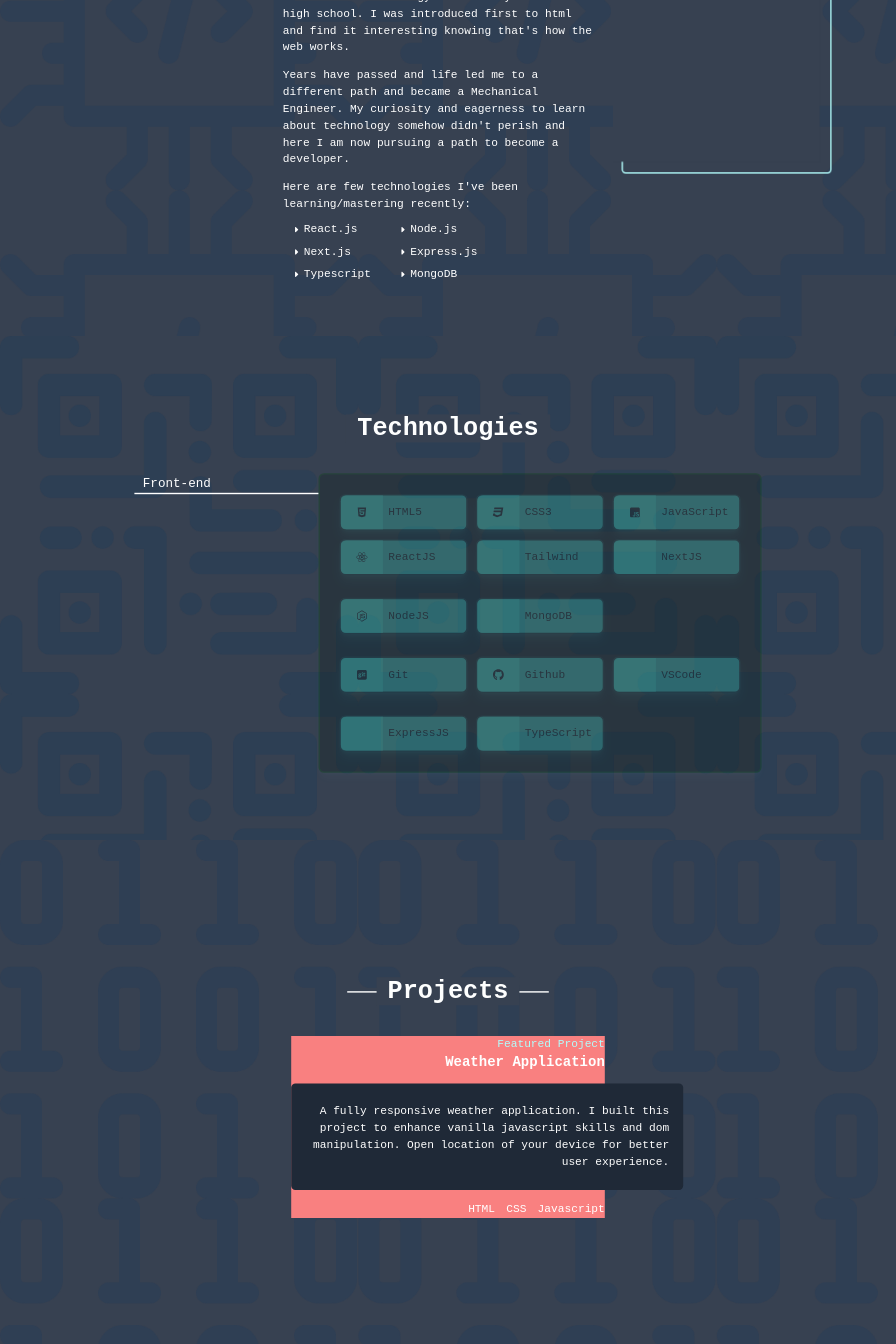
Repository: riandev25/nextjs-portfolio
Page: /
These files come from the project's save history. The page is drawn as it stood at one moment and after the next save; the edit follows.
The browser window is 1280 px wide. The pictures show the part of the page from y = 960 to 2880 px (the page is 2880 px tall), at 70% of full size.
Backgrounds fixed to the window are drawn as part of the page. The project was rebuilt for these pictures with package versions that can differ from the ones it lists, and the page was loaded fresh each time. The framework's server and built-in components were replaced by stand-ins that run in the browser. Also part of the build but not shown: next.config.js, components/Home/Keyboard/index.module.css, components/Home/Keyboard/index.jsx.

Above is the page before, as saved 2022-11-12 19:37:33.

### pages/_app.jsx
import Head from 'next/head';
import link from 'next/link';
import '../styles/globals.css';

import Layout from '../components/Layout';
import { ParallaxProvider } from 'react-scroll-parallax';

function MyApp({ Component, pageProps }) {
  return (
    <ParallaxProvider>
      <Head>
        <title>Rian Miguel Engracia</title>
        <meta name='viewport' content='initial-scale=1.0, width=device-width' />
        <link
          rel='apple-touch-icon'
          sizes='180x180'
          href='/apple-touch-icon.png'
        />
        <link
          rel='icon'
          type='image/png'
          sizes='32x32'
          href='/favicon-32x32.png'
        />
        <link
          rel='icon'
          type='image/png'
          sizes='16x16'
          href='/favicon-16x16.png'
        />
        <link rel='manifest' href='/site.webmanifest' />
        <link rel='mask-icon' href='/safari-pinned-tab.svg' color='#5bbad5' />
        <meta name='msapplication-TileColor' content='#2d89ef' />
        <meta name='theme-color' content='#ffffff' />
      </Head>
      <Layout>
        <Component {...pageProps} />
      </Layout>
    </ParallaxProvider>
  );
}

export default MyApp;

### pages/index.jsx
import Head from 'next/head';
import Image from 'next/image';
import Home from '../components/Home/Home';
import { Fragment } from 'react';
import Header from '../components/Header';
import About from '../components/About';
import Technologies from '../components/Technologies';
import Projects from '../components/Projects';

export default function Page() {
  return (
    <Fragment>
      <Header />
      <Home />
      <About />
      <Technologies />
      <Projects title='Projects' />
    </Fragment>
  );
}

### styles/globals.css
@tailwind base;
@tailwind components;
@tailwind utilities;

html,
body {
  padding: 0;
  margin: 0;
  /* font-family: 'Roboto', sans-serif; */
  font-family: monospace, sans-serif;
}

a {
  color: inherit;
  text-decoration: none;
}

* {
  box-sizing: border-box;
}

.image-filter {
  /* filter: invert(93%) sepia(19%) saturate(586%) hue-rotate(121deg)
    brightness(102%) contrast(97%); */
  filter: invert(93%) sepia(69%) saturate(347%) hue-rotate(120deg)
    brightness(104%) contrast(97%);
  opacity: 0.3;
  transition: filter 0.3s, opacity 0.3s;
}

.image-filter:hover {
  filter: none;
  opacity: 1;
}

@media (prefers-color-scheme: dark) {
  html {
    color-scheme: dark;
  }
  body {
    color: white;
    background: black;
  }
}

### components/Layout/index.jsx
import Header from '../Header';
import Email from '../Header/Email';

const Layout = ({ children }) => {
  return (
    <div className='relative w-full h-full bg-gray-700' dir='ltr'>
      <Header />
      <Email />
      {children}
    </div>
  );
};

export default Layout;

### components/Home/Home.jsx
import Link from 'next/link';
import Image from 'next/future/image';
import { useParallax } from 'react-scroll-parallax';
import styles from './index.module.css';
import DevImage from '../../assets/images/dev-image.svg';
import GithubImage from '../../assets/images/github-neon-fill.png';
import LinkedinImage from '../../assets/images/linkedin-neon-fill.png';
import FacebookImage from '../../assets/images/facebook-neon-fill.png';
import Keyboard from './Keyboard';
import { useState } from 'react';

export const images = [
  {
    id: 'github',
    imgSrc: GithubImage,
    link: 'https://github.com/riandev25',
  },
  {
    id: 'linkedin',
    imgSrc: LinkedinImage,
    link: 'https://www.linkedin.com/in/rian-miguel-engracia/',
  },
  {
    id: 'facebook',
    imgSrc: FacebookImage,
    link: 'https://web.facebook.com/rianmiguel.engracia',
  },
  {
    id: 'email',
    email: 'rianengracia@gmail.com',
  },
];

const nameArray = ['I', '&apos;', 'm', ' ', 'R', 'i', 'a', 'n'];
const jobArray = [
  'f',
  'u',
  'l',
  'l',
  ' ',
  's',
  't',
  'a',
  'c',
  'k',
  ' ',
  'd',
  'e',
  'v',
  'e',
  'l',
  'o',
  'p',
  'e',
  'r',
];

const Home = () => {
  const { ref } = useParallax({
    translateY: [-100, 30, 'easeInOut'],
  });
  const [keyboard, setKeyboard] = useState(true);
  return (
    <header className='flex justify-center items-center w-full h-screen px-20 bg-fixed bg-repeat bg-bg_gear_image'>
      <section ref={ref} className='w-4/12 space-y-4'>
        <div className='flex flex-col gap-2.5 place-items-start'>
          <h1 className={`text-xl font-thin text-white ${styles.typingLet}`}>
            Hi there!
          </h1>
          <h1 className='text-6xl font-bold animate-neon_text'>
            I&apos;m Rian Miguel
          </h1>
          <h1 className='text-xl text-white font-bold'>
            <span className='text-xl font-thin'>a</span> Full Stack Developer
          </h1>
        </div>
        <ul className='flex flex-row gap-4'>
          {images.map((item) => {
            if (item.id === 'email') return;
            return (
              <li
                className='block p-3 bg-gray-800 border rounded-lg border-[#b2fcfb] transition-all hover:scale-110'
                key={item.id}
              >
                <Link href={item.link} legacyBehavior>
                  <a className=''>
                    <Image
                      className=''
                      src={item.imgSrc}
                      alt={item.id}
                      width={20}
                      height={20}
                      sizes='5vw'
                    />
                  </a>
                </Link>
              </li>
            );
          })}
        </ul>
      </section>
      <section className='hidden lg:flex max-w-2xl h-full justify-center items-center'>
        <Image
          src={DevImage}
          alt='dev-image'
          width={500}
          height={500}
          sizes='(max-width: 768px) 50vw'
        />
        {/* <Keyboard /> */}
      </section>
    </header>
  );
};

export default Home;

### components/Header/index.jsx
import Logo from '../Logo';
import Navbar from './Navbar';
import { FontAwesomeIcon } from '@fortawesome/react-fontawesome';
import { faBars } from '@fortawesome/free-solid-svg-icons';

const Header = () => {
  return (
    <nav className='px-8 py-1 bg-gray-700 dark:bg-gray-900 fixed w-full z-50 top-0 left-0 border-b shadow-sm border-gray-700 md:px-20 md:py-3 dark:border-gray-600'>
      <div className='flex flex-row justify-between items-center w-full'>
        <section className=''>
          <Logo />
        </section>

        <div className='flex md:order-2'>
          <button
            type='button'
            className='hidden lg:flex bg-transparent text-[#b2fcfb] border border-[#b2fcfb] hover:bg-[#b2fcfb] hover:opacity-40 transition-all font-medium rounded-lg text-sm px-5 py-2.5 text-center mr-3 md:mr-0 dark:bg-blue-600 dark:hover:bg-blue-700 dark:focus:ring-blue-800'
          >
            Get started
          </button>
          <button
            data-collapse-toggle='navbar-sticky'
            type='button'
            className='cursor-pointer inline-flex items-center p-2 text-sm bg-white rounded-lg md:hidden hover:bg-gray-400 focus:outline-none focus:ring-2 focus:ring-gray-200 dark:text-gray-400 dark:hover:bg-gray-700 dark:focus:ring-gray-600'
            aria-controls='navbar-sticky'
            aria-expanded='false'
          >
            <span className='sr-only'>Open main menu</span>
            <FontAwesomeIcon icon={faBars} className='text-gray-800' />
          </button>
        </div>
        <Navbar />
      </div>
    </nav>
  );
};

export default Header;

### components/About/index.jsx
import Image from 'next/future/image';
import PageHeader from '../PageHeader';
import { FontAwesomeIcon } from '@fortawesome/react-fontawesome';
import { faCaretRight } from '@fortawesome/free-solid-svg-icons';
import ProgrammerImage from '../../assets/images/programmer.jpg';
import { useParallax } from 'react-scroll-parallax';

const technologies = [
  'React.js',
  'Node.js',
  'Next.js',
  'Express.js',
  'Typescript',
  'MongoDB',
];

const About = () => {
  return (
    <div className='pt-4 w-full h-screen flex flex-col gap-11 justify-center items-center text-white px-20 bg-bg_chip_image bg-fixed'>
      <PageHeader title='About me' />
      <div className='max-w-3xl flex flex-row gap-6'>
        <section className='max-w-md flex flex-col gap-4'>
          <p>
            Hi! I am Rian Miguel Engracia, a Registered Mechanical Engineer in
            the Philippines. My interest in technology started way back in high
            school. I was introduced first to html and find it interesting
            knowing that&apos;s how the web works.
          </p>
          <p>
            Years have passed and life led me to a different path and became a
            Mechanical Engineer. My curiosity and eagerness to learn about
            technology somehow didn&apos;t perish and here I am now pursuing a
            path to become a{' '}
            <span className='text-[neon-green] no-underline decoration-[neon-green] underline-offset-4 decoration-2 hover:underline'>
              developer
            </span>
            .
          </p>
          <div className='flex flex-col gap-3'>
            <p>
              Here are few technologies I&apos;ve been learning/mastering
              recently:
            </p>
            <ul className='grid grid-cols-3 gap-2'>
              {technologies.map((item, i) => {
                return (
                  <li
                    key={item}
                    className={`${(i + 1) % 2 === 0 ? 'col-span-2' : ''}
                    } flex justify-start items-center gap-2 pl-4`}
                  >
                    <FontAwesomeIcon icon={faCaretRight} className='w-1.5' />
                    <span className=''>{item}</span>
                  </li>
                );
              })}
            </ul>
          </div>
        </section>
        <section className='relative'>
          <div className='absolute z-20 w-[295px] h-[295px] bg-gray-700'></div>
          <Image
            className='relative z-30 rounded-md image-filter bg-[#b2fcfb] border-2 peer'
            src={ProgrammerImage}
            alt='developer'
            width={300}
            height={300}
            priority='true'
            sizes='(max-width: 768px) 100vw, 50vw'
          />
          <div className='absolute top-0 left-0 w-[300px] h-[300px] bg-transparent border-2 border-[#b2fcfb] transition-duration-300 delay-300 ease-in-out translate-x-3 translate-y-3 z-10 rounded-md peer-hover:translate-x-2 peer-hover:translate-y-2 '></div>
        </section>
      </div>
    </div>
  );
};

export default About;

### components/Projects/index.jsx
import Link from 'next/link';
import Image from 'next/future/image';
import PageHeader from '../PageHeader';
import WeatherImage from '../../assets/images/weather-app.png';
import { FontAwesomeIcon } from '@fortawesome/react-fontawesome';
import { faGithubAlt } from '@fortawesome/free-brands-svg-icons';
import { faSquareArrowUpRight } from '@fortawesome/free-solid-svg-icons';
import Links from './Links';

const TECH_WEATHER = ['HTML', 'CSS', 'Javascript'];
const WEATHER = [
  {
    id: 1,
    icon: faGithubAlt,
    link: 'https://riandev25.github.io/js-weather-app/dist/',
  },
  {
    id: 2,
    icon: faSquareArrowUpRight,
    link: 'https://riandev25.github.io/js-weather-app/dist/',
  },
];

const Projects = () => {
  return (
    <div className='pt-4 flex flex-col w-full h-screen gap-11 justify-center items-center text-white px-20 bg-bg_binary_image bg-fixed'>
      <PageHeader title='Projects' />
      <div className='flex flex-row justify-center items-center'>
        {/* <section className='relative w-24 h-24 flex'>
          <Image
            src={WeatherImage}
            alt='weather-app'
            fill
            className='object-cover w-7/12'
          />
        </section> */}
        <section className='w-[28rem] overflow-visible bg-red-400 space-y-4 rtl'>
          <div className='flex flex-col justify-center items-end'>
            <h2 className='text-neon'>Featured Project</h2>
            <h1 className='text-xl font-bold'>Weather Application</h1>
          </div>
          <div className='w-[35rem] bg-gray-800 p-7 pr-5 rounded-md'>
            <p className='text-right'>
              A fully responsive weather application. I built this project to
              enhance vanilla javascript skills and dom manipulation. Open
              location of your device for better user experience.
            </p>
          </div>
          <ul className='flex flex-row justify-end items-center gap-4'>
            {TECH_WEATHER.map((item) => {
              return <li key={item}>{item}</li>;
            })}
          </ul>
          <Links array={WEATHER} />
        </section>
      </div>
    </div>
  );
};

export default Projects;

### components/Header/Email.jsx
import Link from 'next/link';
import Image from 'next/image';
import { images } from '../Home/Home';

const Email = () => {
  return (
    <aside className='fixed bottom-64 right-0'>
      <div className='flex justify-center items-center relative rotate-90'>
        <Link href='' legacyBehavior>
          <a className='z-50 transition-all text-[#b2fcfb] bg-gray-700 px-2 hover:text-[#68fffc] hover:scale-110'>
            rianengracia@gmail.com
          </a>
        </Link>
        <div className='w-96 bg-[#b2fcfb] absolute top-1/2 left-0 h-px'></div>
      </div>
    </aside>
  );
};

export default Email;

### components/Home/index.module.css
.typingLet {
  width: 134px;
  animation: typing 2s steps(12), blink 0.5s step-end infinite alternate;
  white-space: nowrap;
  overflow: hidden;
  border-right: 3px solid;
  font-family: monospace;
  font-size: 2em;
}

@keyframes typing {
  from {
    width: 0;
  }
}

@keyframes blink {
  50% {
    border-color: transparent;
  }
}

### components/Logo/index.jsx
import Image from 'next/future/image';
import LogoImage from '../../assets/images/logo.svg';
import LogoDark from '../../assets/images/logo-dark.svg';
import LogoLight from '../../assets/images/logo-light.svg';
import {
  faAngleLeft,
  faGear,
  faforward,
} from '@fortawesome/free-solid-svg-icons';
import { FontAwesomeIcon } from '@fortawesome/react-fontawesome';

const Logo = () => {
  return (
    <div className='flex items-center relative'>
      <Image
        src={LogoImage}
        alt='logo'
        width={185}
        height={55}
        className='hidden md:flex'
        sizes='(max-width: 768px) 15vw'
      />
      <Image
        src={LogoLight}
        alt='logo-light'
        width={50}
        height={50}
        className='flex md:hidden'
        sizes='(max-width: 768px) 15vw'
      />
    </div>
  );
};

export default Logo;

### components/Header/Navbar.jsx
import Link from 'next/link';

const Navbar = () => {
  const data = [
    {
      id: 'Home',
    },
    {
      id: 'About',
    },
    {
      id: 'Technologies',
    },
    {
      id: 'Projects',
    },
  ];
  return (
    <div
      className='hidden absolute top-0 right-0 justify-between items-center w-full md:flex md:relative md:w-auto md:order-1'
      id='navbar-sticky'
    >
      <ul className='flex flex-col justify-center items-center flex-auto rounded-lg md:justify-between md:flex-row md:space-x-12 md:p-2 md:mt-0 md:text-sm md:font-medium md:border-0 dark:bg-gray-800 md:dark:bg-gray-900 dark:border-gray-700'>
        {data.map((item) => {
          return (
            <li key={item.id} className='relative group'>
              <Link href={item.id}>
                <a
                  className='block py-2 px-1 text-base font-extralight text-white dark:text-white'
                  // aria-current='page'
                >
                  {item.id}
                </a>
              </Link>

              <span className='z-50 absolute bottom-1.5 w-0 h-[1px] bg-white transition-all md:group-hover:w-full'></span>
            </li>
          );
        })}
      </ul>
    </div>
  );
};

export default Navbar;

### components/PageHeader/index.jsx
const PageHeader = ({ title }) => {
  return (
    <div className='relative overflow-visible flex justify-center items-center'>
      <h1 className='relative z-10 w-full text-4xl font-bold flex flex-start bg-gray-700 px-4 animate-neon_text'>
        {title}
      </h1>
      <span className='absolute top-1/2 w-72 h-0.5 bg-white animated-neon_bg'></span>
    </div>
  );
};

export default PageHeader;

### components/Projects/Links.jsx
import Link from 'next/link';
import { FontAwesomeIcon } from '@fortawesome/react-fontawesome';

const Links = ({ array }) => {
  array.map((item) => {
    return (
      <ul key={item.id} className='flex flex-row'>
        <li>
          <Link href={item.link} passHref>
            <a>
              <FontAwesomeIcon icon={item.icon} className='text-white w-3' />
            </a>
          </Link>
        </li>
      </ul>
    );
  });
};

export default Links;

// 'https://riandev25.github.io/js-weather-app/dist/'

Loaded but not shown: tailwind.config.js (60 lines, source omitted); pages/_document.js (24 lines, source omitted); components/Technologies/index.jsx (206 lines, source omitted)

After the next save:
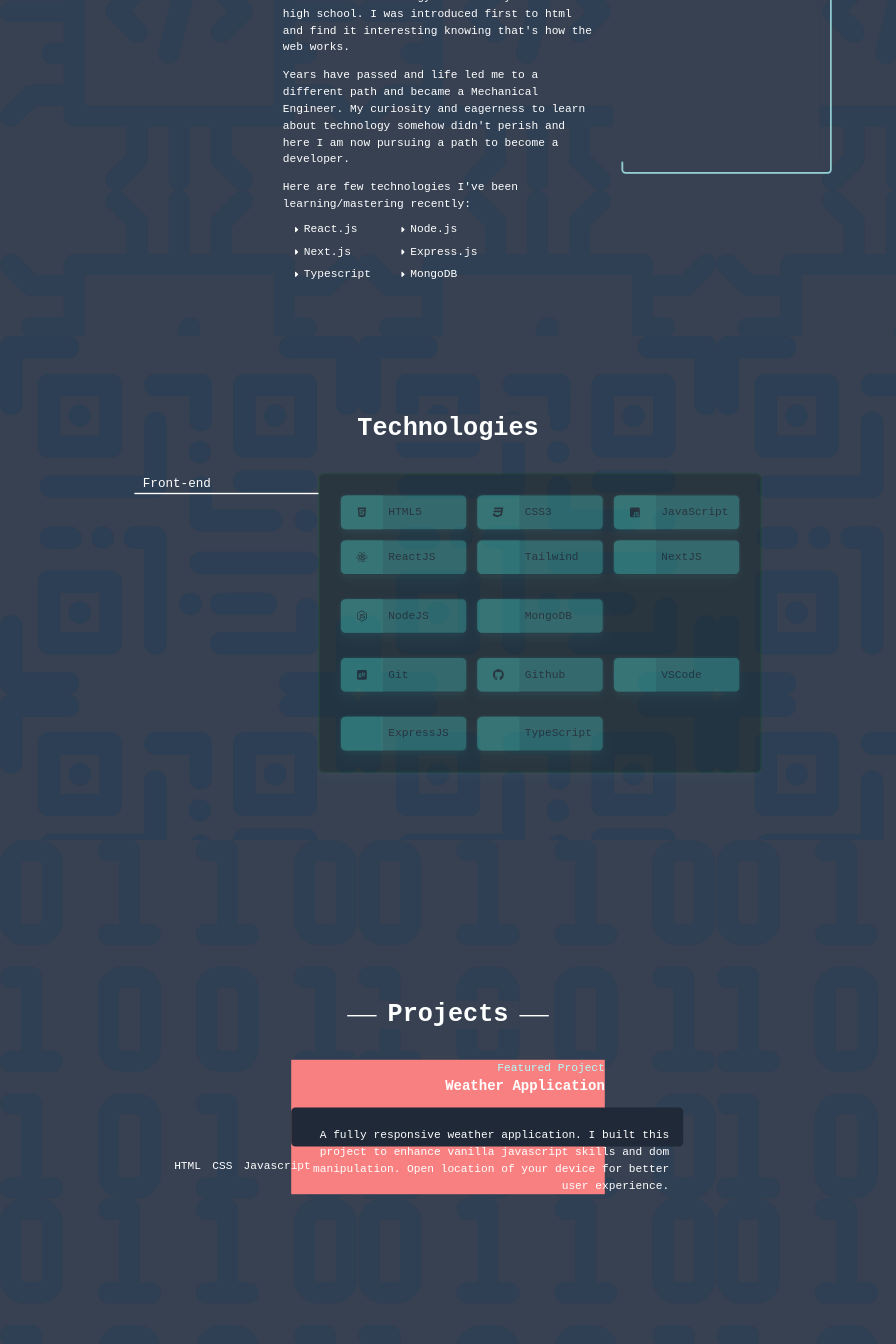
Saved 9 min 45 s later.
--- a/components/Projects/index.jsx
+++ b/components/Projects/index.jsx
@@ -40,7 +40,7 @@
             <h1 className='text-xl font-bold'>Weather Application</h1>
           </div>
           <div className='w-[35rem] bg-gray-800 p-7 pr-5 rounded-md'>
-            <p className='text-right'>
+            <p className='text-right float-right'>
               A fully responsive weather application. I built this project to
               enhance vanilla javascript skills and dom manipulation. Open
               location of your device for better user experience.

After the save that followed:
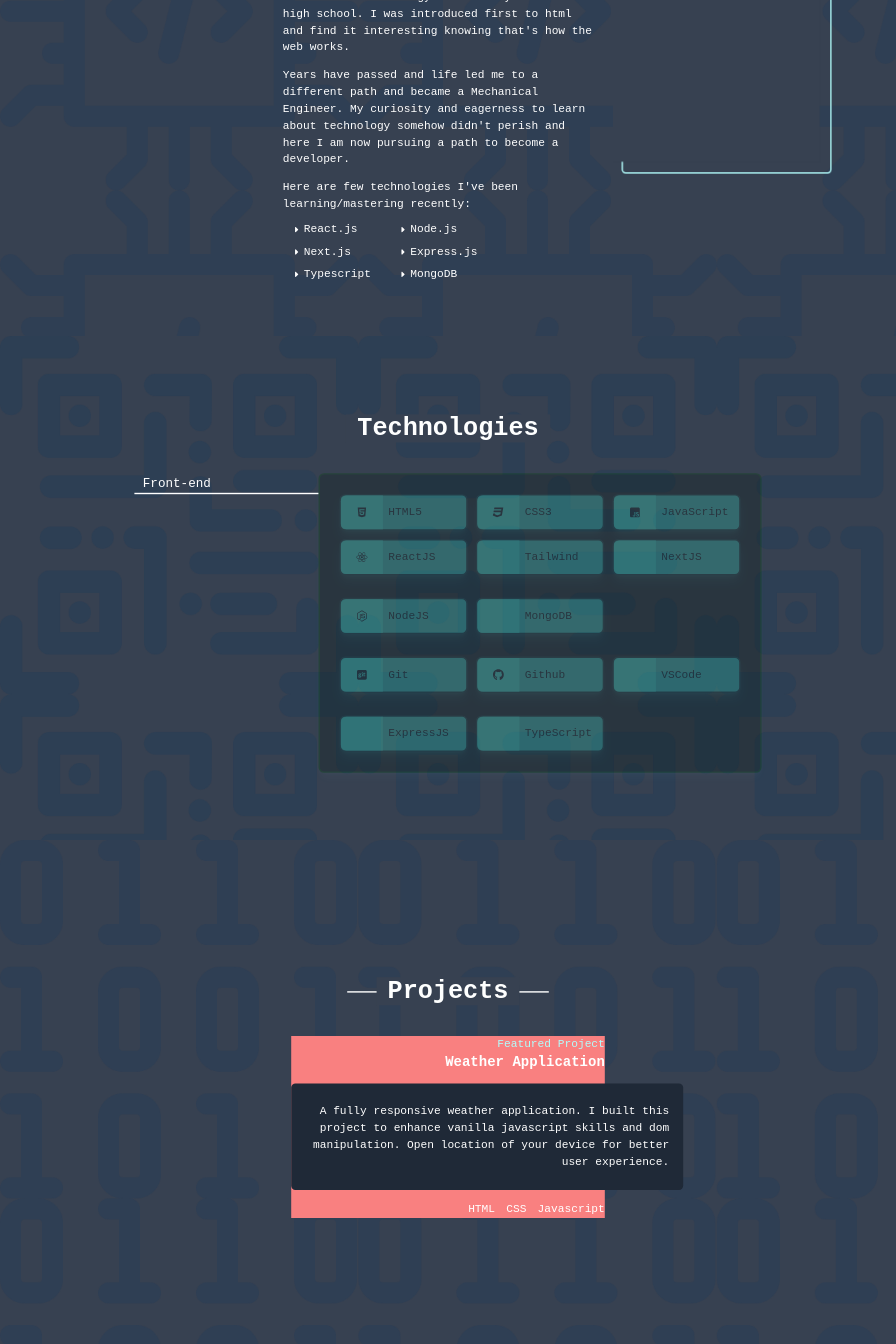
Saved 43 s later.
--- a/components/Projects/index.jsx
+++ b/components/Projects/index.jsx
@@ -40,7 +40,7 @@
             <h1 className='text-xl font-bold'>Weather Application</h1>
           </div>
           <div className='w-[35rem] bg-gray-800 p-7 pr-5 rounded-md'>
-            <p className='text-right float-right'>
+            <p className='text-right'>
               A fully responsive weather application. I built this project to
               enhance vanilla javascript skills and dom manipulation. Open
               location of your device for better user experience.
